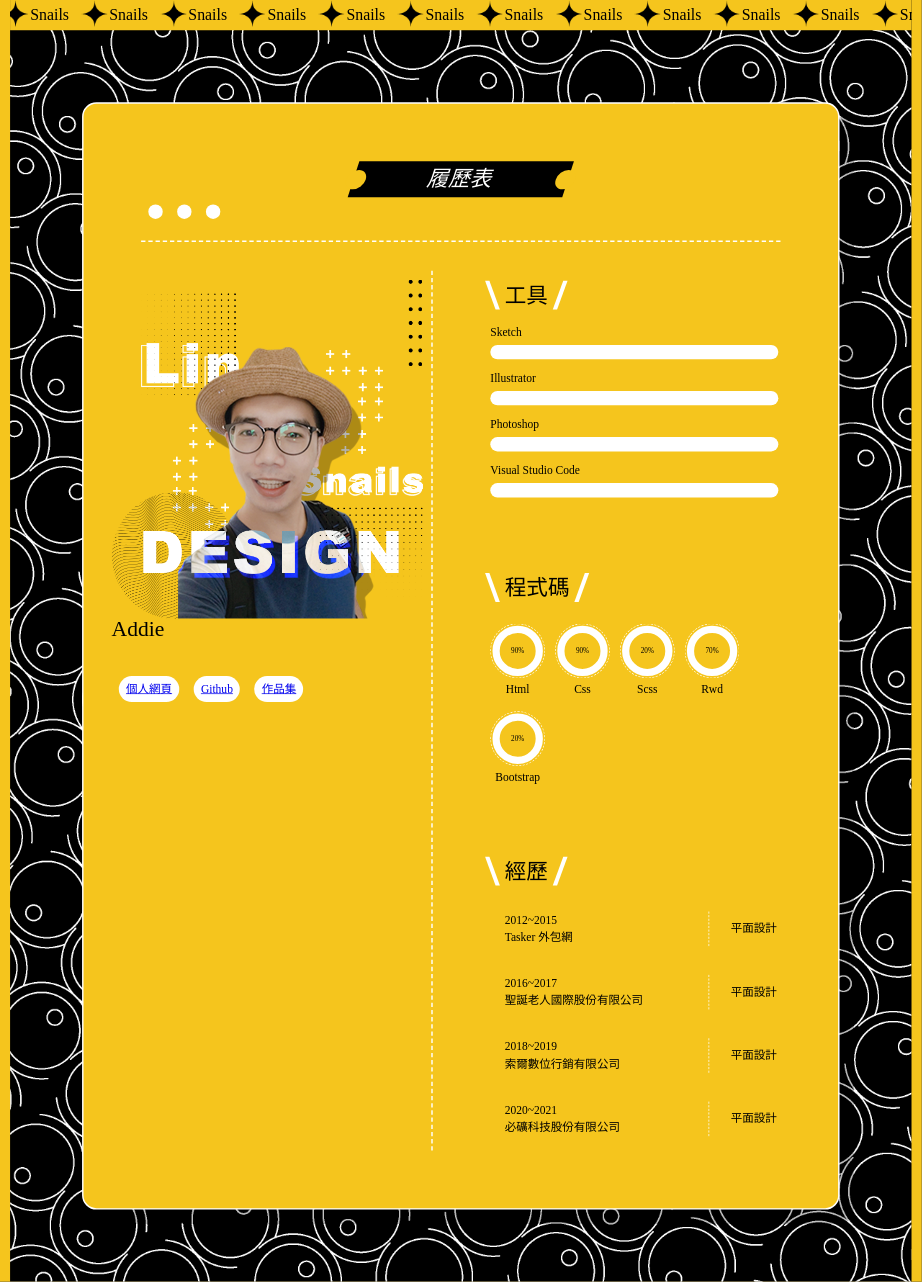
Repository: addie1988/resume
Page: index.html
The author's editor kept a copy of each file at every save. The page is drawn from the files as they stood at one save, then again after the next save.
The browser window is 1280 px wide. The pictures show the whole page, at 72% of full size.

Above is the page before, as saved 2021-11-24 11:52:00.
Not found: js/style.js

### index.html
<!DOCTYPE html>
<html lang="en">

<head>
    <meta charset="UTF-8">
    <meta http-equiv="X-UA-Compatible" content="IE=edge">
    <meta name="viewport" content="width=device-width, initial-scale=1.0">
    <title>ADDIE</title>
    <link rel="stylesheet" type="text/css" href="./css/style.css">
</head>

<body>

    <!-- personal -->
    <div class="personal">
        <!-- Carousel -->
        <div class="Carousel">
            <div class="Carousel_content" id="Carousel"></div>
        </div>
        <div class="personal_content">
            <!-- resume > 履歷 -->
            <div class="resume">
                <div class="resume_title">
                    <h1>履歷表</h1>
                </div>
                <div class="resume_content">
                    <ul>
                        <li></li>
                        <li></li>
                        <li></li>
                    </ul>
                </div>
                <!-- main -->
                <div class="main">
                    <!-- personal_information > 個人資訊 -->
                    <div class="personal_information">
                        <div class="personal_information_img"><img src="./images/Visualize1.png"></div>
                        <div class="name">
                            <h1>Addie</h1>
                        </div>
                        <!-- work -->
                        <div class="work">
                            <div class="work_contwnt">
                                <ul>
                                    <li><a href="#">個人網頁</a></li>
                                    <li><a href="#">Github</a></li>
                                    <li><a href="#">作品集</a></li>
                                </ul>
                            </div>
                        </div>
                    </div>


                    <!-- personal_experience > 個人經歷 -->
                    <div class="personal_experience">

                        <!-- Code -->
                        <div class="tool">
                            <div class="tool_content">
                                <h1>工具</h1>
                                <ul>
                                    <li>
                                        <p>Sketch</p>
                                        <span></span>
                                    </li>
                                    <li>
                                        <p>Illustrator</p>
                                        <span></span>
                                    </li>
                                    <li>
                                        <p>Photoshop</p>
                                        <span></span>
                                    </li>
                                    <li>
                                        <p>Visual Studio Code</p>
                                        <span></span>
                                    </li>
                                </ul>
                            </div>
                        </div>

                        <!-- Code -->
                        <div class="Code">
                            <div class="Code_content">
                                <h1>程式碼</h1>
                                <ul>
                                    <li>
                                        <div class="chart"><span><i>90%</i></span></div>
                                        <p>Html</p>
                                    </li>
                                    <li>
                                        <div class="chart"><span><i>90%</i></span></div>
                                        <p>Css</p>
                                    </li>
                                    <li>
                                        <div class="chart"><span><i>20%</i></span></div>
                                        <p>Scss</p>
                                    </li>
                                    <li>
                                        <div class="chart"><span><i>70%</i></span></div>
                                        <p>Rwd</p>
                                    </li>
                                    <li>
                                        <div class="chart"><span><i>20%</i></span></div>
                                        <p>Bootstrap</p>
                                    </li>
                                </ul>
                            </div>
                        </div>

                        <!-- work_experience -->
                        <div class="work_experience">
                            <div class="work_experience_content">
                                <h1>經歷</h1>
                                <ul>
                                    <li>
                                        <div class="work_experience_content_title">
                                            <p>2012~2015</p>
                                            <i>Tasker 外包網</i>
                                        </div>
                                        <span>
                                            <section>平面設計</section>
                                        </span>
                                    </li>
                                    <li>
                                        <div class="work_experience_content_title">
                                            <p>2016~2017</p>
                                            <i>聖誕老人國際股份有限公司</i>
                                        </div>
                                        <span>
                                            <section>平面設計</section>
                                        </span>
                                    </li>
                                    <li>
                                        <div class="work_experience_content_title">
                                            <p>2018~2019</p>
                                            <i>索爾數位行銷有限公司</i>
                                        </div>
                                        <span>
                                            <section>平面設計</section>
                                        </span>
                                    </li>
                                    <li>
                                        <div class="work_experience_content_title">
                                            <p>2020~2021</p>
                                            <i>必礦科技股份有限公司</i>
                                        </div>
                                        <span>
                                            <section>平面設計</section>
                                        </span>
                                    </li>
                                </ul>
                            </div>
                        </div>
                    </div>
                </div>
            </div>
        </div>
    </div>

    <!-- js -->
    <script src="./js/style.js"></script>
    <!-- jq -->
    <script src="https://cdnjs.cloudflare.com/ajax/libs/jquery/3.3.1/jquery.min.js"></script>
    <script>
        $('#Carousel').load("./Carousel.html #Carousel");
    </script>

</body>

</html>

### css/style.css
/* http://meyerweb.com/eric/tools/css/reset/
   v2.0 | 20110126
   License: none (public domain)
*/

html,
body,
div,
span,
applet,
object,
iframe,
h1,
h2,
h3,
h4,
h5,
h6,
p,
blockquote,
pre,
a,
abbr,
acronym,
address,
big,
cite,
code,
del,
dfn,
em,
img,
ins,
kbd,
q,
s,
samp,
small,
strike,
strong,
sub,
sup,
tt,
var,
b,
u,
i,
center,
dl,
dt,
dd,
ol,
ul,
li,
fieldset,
form,
label,
legend,
table,
caption,
tbody,
tfoot,
thead,
tr,
th,
td,
article,
aside,
canvas,
details,
embed,
figure,
figcaption,
footer,
header,
hgroup,
menu,
nav,
output,
ruby,
section,
summary,
time,
mark,
audio,
video {
  margin: 0;
  padding: 0;
  border: 0;
  font-size: 100%;
  font: inherit;
  vertical-align: baseline;
}
/* HTML5 display-role reset for older browsers */
article,
aside,
details,
figcaption,
figure,
footer,
header,
hgroup,
menu,
nav,
section {
  display: block;
}
body {
  line-height: 1;
}
ol,
ul {
  list-style: none;
}
blockquote,
q {
  quotes: none;
}
blockquote:before,
blockquote:after,
q:before,
q:after {
  content: "";
  content: none;
}
table {
  border-collapse: collapse;
  border-spacing: 0;
}

/* ---------------------------------------------------------------------------------------------------------------------- */

:root {
  --background-color: #f5c51d;
  --position: relative;
  --font-size: 16px;
  --padding: 100px;
  --color: white;
  --title_h1: 30px;
  --margin_Segmentation: 80px 0 0 0;
}

/* ---------------------------------------------------------------------------------------------------------------------- */

.personal {
  position: var(--position);
  background: url(../images/background.png);
  align-items: center;
  background-color: black;
  border-left: 14px solid var(--background-color);
  border-right: 14px solid var(--background-color);
}

/* Carousel */
.Carousel {
  position: var(--padding);
}

.Carousel_content {
  margin: 0 auto;
}

.Carousel_content ul {
  display: flex;
  overflow: hidden;
  background-color: var(--background-color);
  background-position: center;
}

.Carousel_content ul li {
  margin: 0 18px;
  padding: 10px;
  position: var(--position);
  font-family: serif;
  font-size: 22px;
  animation: Carousel_content_move 30s infinite;
  -webkit-animation: Carousel_content_move 30s infinite;
}

@keyframes Carousel_content_move {
    0% {
        transform: translateX(0px);
        -webkit-transform: translateX(0px);
        -moz-transform: translateX(0px);
        -ms-transform: translateX(0px);
        -o-transform: translateX(0px);
}
1000% {
    transform: translateX(3400px);
    -webkit-transform: translateX(3400px);
    -moz-transform: translateX(3400px);
    -ms-transform: translateX(3400px);
    -o-transform: translateX(3400px);
}
}

.Carousel_content ul li::before {
  content: "";
  width: 37px;
  height: 37px;
  display: inline-block;
  background: url(../images/Carousel.png);
  position: absolute;
  left: -30px;
  top: 0px;
}

.personal_content {
  width: 100%;
  height: 100%;
  display: flex;
  justify-content: center;
}

/* resume > 履歷資訊 */
.resume {
  margin: 100px;
  padding: 80px;
  max-width: 900px;
  border: 2px solid white;
  position: var(--position);
  z-index: 77777;
  box-shadow: 20px 20px 0px 0px #0000003d;
  background-color: var(--background-color);
  border-radius: 20px;
  -webkit-border-radius: 20px;
  -moz-border-radius: 20px;
  -ms-border-radius: 20px;
  -o-border-radius: 20px;
}

/* resume_title */
.resume_title {
  display: flex;
  justify-content: center;
  position: relative;
  transform: skewX(-18deg);
  -webkit-transform: skewX(-18deg);
  -moz-transform: skewX(-18deg);
  -ms-transform: skewX(-18deg);
  -o-transform: skewX(-18deg);
}

.resume_title h1 {
  font-size: 30px;
  text-align: center;
  padding: 10px 60px;
  color: white;
  background-color: black;
  width: 20%;
  display: inline-block;
  position: var(--position);
}

.resume_title h1::before {
  content: "";
  width: 27px;
  height: 27px;
  display: inline-block;
  position: absolute;
  left: -10px;
  top: 12px;
  background-color: #f5c51d;
  border-radius: 50%;
  -webkit-border-radius: 50%;
  -moz-border-radius: 50%;
  -ms-border-radius: 50%;
  -o-border-radius: 50%;
}

.resume_title h1::after {
  content: "";
  width: 27px;
  height: 27px;
  display: inline-block;
  position: absolute;
  right: -10px;
  top: 12px;
  background-color: #f5c51d;
  border-radius: 50%;
  -webkit-border-radius: 50%;
  -moz-border-radius: 50%;
  -ms-border-radius: 50%;
  -o-border-radius: 50%;
}

.resume_content {
  margin: 0 auto;
  width: 100%;
  margin: 0 0 40px 0;
}

.resume_content ul {
  display: flex;
  padding: 0 0 20px 0;
  border-bottom: 2px dashed white;
}

.resume_content ul li {
  width: 20px;
  height: 20px;
  margin: 10px;
  display: inline-block;
  background-color: white;
  border-radius: 50%;
  -webkit-border-radius: 50%;
  -moz-border-radius: 50%;
  -ms-border-radius: 50%;
  -o-border-radius: 50%;
  transition: 1s ease-out;
  -webkit-transition: 1s ease-out;
  -moz-transition: 1s ease-out;
  -ms-transition: 1s ease-out;
  -o-transition: 1s ease-out;
}

.resume_content ul li:nth-child(1):hover {
  background-color: red;
}

.resume_content ul li:nth-child(2):hover {
  background-color: yellow;
}

.resume_content ul li:nth-child(3):hover {
  background-color: green;
}

/* ---------------------------------------------------------------------------------------------------------------------- */

/* main */
.main {
  display: flex;
  justify-content: center;
}

/* personal_information > 個人資訊 */

/* personal_information */
.personal_information {
  flex: 0 0 50%;
  max-width: 50%;
  border-right: 2px solid white;
  border-style: dashed;
  margin: 0 40px;
}

.personal_information_img {
  display: flex;
  justify-content: center;
}

.personal_information_img img {
  width: 100%;
  height: 100%;
}

/* ---------------------------------------------------------------------------------------------------------------------- */

/* personal_experience > 個人經歷 */
.personal_experience {
  flex: 0 0 50%;
  max-width: 50%;
  margin: 0 40px;
}

.name h1 {
  font-size: var(--title_h1);
}

/* ---------------------------------------------------------------------------------------------------------------------- */

/* work */
.work {
  position: var(--position);
}

.work_contwnt {
  margin: 40px auto;
}

.work_contwnt ul {
  display: flex;
  flex-wrap: wrap;
}

.work_contwnt ul li {
  margin-right: 10px;
  margin: 10px;
  padding: 10px;
  color: black;
  background-color: white;
  border-radius: 20px;
  -webkit-border-radius: 20px;
  -moz-border-radius: 20px;
  -ms-border-radius: 20px;
  -o-border-radius: 20px;
}

/* ---------------------------------------------------------------------------------------------------------------------- */

/* personal_experience > 個人經歷 */

/* tool */
.tool {
  position: var(--position);
}

.tool_contwnt {
  margin: var(--margin_Segmentation);
}

.tool_content h1 {
  font-size: var(--title_h1);
  position: var(--position);
  display: inline-block;
  padding: 20px;
}

.tool_content h1::before {
  content: "";
  width: 6px;
  height: 40px;
  display: inline-block;
  position: absolute;
  top: 20%;
  left: 0;
  background-color: white;
  transform: skewX(20deg);
  -webkit-transform: skewX(20deg);
  -moz-transform: skewX(20deg);
  -ms-transform: skewX(20deg);
  -o-transform: skewX(20deg);
}

.tool_content h1::after {
  content: "";
  width: 6px;
  height: 40px;
  display: inline-block;
  position: absolute;
  top: 20%;
  right: 0;
  background-color: white;
  transform: skewX(-20deg);
  -webkit-transform: skewX(-20deg);
  -moz-transform: skewX(-20deg);
  -ms-transform: skewX(-20deg);
  -o-transform: skewX(-20deg);
}

.tool_content ul {
  margin: var(--margin_Segmentation);
  margin: 0;
}

.tool_content ul li {
  line-height: 2;
}

.tool_content ul li span {
  width: 100%;
  height: 20px;
  display: inline-block;
  position: relative;
}

.tool_content ul li span::before {
  content: "";
  width: 0;
  height: 20px;
  display: inline-block;
  position: absolute;
  z-index: 4444;
  background-color: black;
  transition: 1s ease-out;
  -webkit-transition: 1s ease-out;
  -moz-transition: 1s ease-out;
  -ms-transition: 1s ease-out;
  -o-transition: 1s ease-out;
  border-radius: 20px;
  -webkit-border-radius: 20px;
  -moz-border-radius: 20px;
  -ms-border-radius: 20px;
  -o-border-radius: 20px;
}

.tool_content ul li:hover span::before {
  width: 100%;
}

.tool_content ul li:nth-child(1):hover span::before {
  width: 35%;
}

.tool_content ul li:nth-child(2):hover span::before {
  width: 85%;
}

.tool_content ul li:nth-child(3):hover span::before {
  width: 85%;
}

.tool_content ul li:nth-child(4):hover span::before {
  width: 35%;
}

.tool_content ul li span::after {
  content: "";
  width: 90%;
  height: 20px;
  display: inline-block;
  position: absolute;
  background-color: white;
  border-radius: 20px;
  -webkit-border-radius: 20px;
  -moz-border-radius: 20px;
  -ms-border-radius: 20px;
  -o-border-radius: 20px;
}

/* ---------------------------------------------------------------------------------------------------------------------- */

/* Code */
.Code {
  position: var(--position);
}

.Code_content {
  margin: var(--margin_Segmentation);
}

.Code_content h1 {
  font-size: var(--title_h1);
  position: var(--position);
  display: inline-block;
  padding: 20px;
}

.Code_content h1::before {
  content: "";
  width: 6px;
  height: 40px;
  display: inline-block;
  position: absolute;
  top: 20%;
  left: 0;
  background-color: white;
  transform: skewX(20deg);
  -webkit-transform: skewX(20deg);
  -moz-transform: skewX(20deg);
  -ms-transform: skewX(20deg);
  -o-transform: skewX(20deg);
}

.Code_content h1::after {
  content: "";
  width: 6px;
  height: 40px;
  display: inline-block;
  position: absolute;
  top: 20%;
  right: 0;
  background-color: white;
  transform: skewX(-20deg);
  -webkit-transform: skewX(-20deg);
  -moz-transform: skewX(-20deg);
  -ms-transform: skewX(-20deg);
  -o-transform: skewX(-20deg);
}

.Code_content ul {
  margin: var(--margin_Segmentation);
  display: flex;
  flex-wrap: wrap;
  margin: 0;
}

.Code_content ul li {
  margin: 14px 14px 0 0;
  line-height: 2;
}

.Code_content ul li .chart {
  border: 1px solid white;
  padding: 2px;
  border-style: dashed;
  border-radius: 50%;
  -webkit-border-radius: 50%;
  -moz-border-radius: 50%;
  -ms-border-radius: 50%;
  -o-border-radius: 50%;
}

.Code_content ul li .chart span {
  width: 70px;
  height: 70px;
  display: flex;
  justify-content: center;
  align-items: center;
  position: relative;
}

.Code_content ul li .chart span::before {
  content: "";
  width: 50px;
  height: 50px;
  display: none;
  position: absolute;
  top: 0;
  left: 0;
  z-index: 444;
  border-top: 10px solid black;
  border-left: 10px solid black;
  border-right: 10px solid black;
  border-bottom: 10px solid #f5c51d;
  border-radius: 50%;
  -webkit-border-radius: 10px solid #f5c51d;
  -moz-border-radius: 10px solid #f5c51d;
  -ms-border-radius: 10px solid #f5c51d;
  -o-border-radius: 10px solid #f5c51d;
  animation: chart_move 2s ease-out;
  -webkit-animation: chart_move 2s ease-out;
}

.Code_content ul li:nth-child(1) .chart span::before {
  border-top: 10px solid black;
  border-left: 10px solid black;
  border-right: 10px solid black;
  border-bottom: 10px solid #f5c51d;
}

.Code_content ul li:nth-child(2) .chart span::before {
  border-top: 10px solid black;
  border-left: 10px solid black;
  border-right: 10px solid black;
  border-bottom: 10px solid #f5c51d;
}

.Code_content ul li:nth-child(3) .chart span::before {
  border-top: 10px solid black;
  border-left: 10px solid #f5c51d;
  border-right: 10px solid #f5c51d;
  border-bottom: 10px solid #f5c51d;
}

.Code_content ul li:nth-child(4) .chart span::before {
  border-top: 10px solid black;
  border-left: 10px solid black;
  border-right: 10px solid #f5c51d;
  border-bottom: 10px solid #f5c51d;
}

.Code_content ul li:nth-child(5) .chart span::before {
  border-top: 10px solid black;
  border-left: 10px solid #f5c51d;
  border-right: 10px solid #f5c51d;
  border-bottom: 10px solid #f5c51d;
}

.Code_content ul li:hover .chart span::before {
  display: block;
}

@keyframes chart_move {
  0% {
    opacity: 0;
    transform: rotate(0);
    -webkit-transform: rotate(0);
    -moz-transform: rotate(0);
    -ms-transform: rotate(0);
    -o-transform: rotate(0);
  }
  100% {
    opacity: 1;
    transform: rotate(360deg);
    -webkit-transform: rotate(360deg);
    -moz-transform: rotate(360deg);
    -ms-transform: rotate(360deg);
    -o-transform: rotate(360deg);
  }
}

.Code_content ul li .chart span::after {
  content: "";
  width: 50px;
  height: 50px;
  display: inline-block;
  position: absolute;
  top: 0;
  left: 0;
  border: 10px solid white;
  border-radius: 50%;
  -webkit-border-radius: 50%;
  -moz-border-radius: 50%;
  -ms-border-radius: 50%;
  -o-border-radius: 50%;
}

.Code_content ul li .chart span i {
  font-size: 10px;
}

.Code_content ul li p {
  text-align: center;
}

/* ---------------------------------------------------------------------------------------------------------------------- */

/* work_experience */
.work_experience {
  position: var(--position);
}

.work_experience_content {
  margin: var(--margin_Segmentation);
}

.work_experience_content h1 {
  font-size: var(--title_h1);
  position: var(--position);
  display: inline-block;
  padding: 20px;
}

.work_experience_content h1::before {
  content: "";
  width: 6px;
  height: 40px;
  display: inline-block;
  position: absolute;
  top: 20%;
  left: 0;
  background-color: white;
  transform: skewX(20deg);
  -webkit-transform: skewX(20deg);
  -moz-transform: skewX(20deg);
  -ms-transform: skewX(20deg);
  -o-transform: skewX(20deg);
}

.work_experience_content h1::after {
  content: "";
  width: 6px;
  height: 40px;
  display: inline-block;
  position: absolute;
  top: 20%;
  right: 0;
  background-color: white;
  transform: skewX(-20deg);
  -webkit-transform: skewX(-20deg);
  -moz-transform: skewX(-20deg);
  -ms-transform: skewX(-20deg);
  -o-transform: skewX(-20deg);
}

.work_experience_content ul {
  margin: var(--margin_Segmentation);
  margin: 0;
}

.work_experience_content ul li {
  line-height: 1.5;
  display: flex;
  padding: 20px;
  flex-wrap: wrap;
  overflow: hidden;
  transition: 1s ease-out;
  -webkit-transition: 1s ease-out;
  -moz-transition: 1s ease-out;
  -ms-transition: 1s ease-out;
  -o-transition: 1s ease-out;
}

.work_experience_content ul li:hover {
  border-radius: 50px;
  -webkit-border-radius: 50px;
  -moz-border-radius: 50px;
  -ms-border-radius: 50px;
  -o-border-radius: 50px;
  animation: work_experience_content_move 3s ease-out;
  -webkit-animation: work_experience_content_move 3s ease-out;
}

@keyframes work_experience_content_move {
  0% {
    background-color: #f5c51d;
  }
  25% {
    background-color: aquamarine;
  }
  50% {
    background-color: slateblue;
  }
  100% {
    background-color: black;
  }
}

.work_experience_content ul li:hover .work_experience_content_title {
  color: white;
  border-right: 1px dashed white;
}

.work_experience_content ul li:hover .work_experience_content_title p {
  color: white;
}

.work_experience_content ul li .work_experience_content_title {
  width: 70%;
  border-right: 1px solid white;
  border-style: dashed;
  color: black;
}

.work_experience_content ul li .work_experience_content_title p {
  color: black;
}

.work_experience_content ul li span {
  display: flex;
  align-items: center;
}

.work_experience_content ul li span section {
  margin-left: 30px;
}

.work_experience_content ul li:hover span section {
  color: white;
}

@media screen and (max-width: 900px) {
  .main {
    flex-wrap: wrap;
  }

  .personal_information {
    flex: 0 0 100%;
    max-width: 100%;
  }

  .personal_experience {
    flex: 0 0 100%;
    max-width: 100%;
  }
}

Loaded but not shown: Carousel.html (11 lines, source omitted)

After the next save:
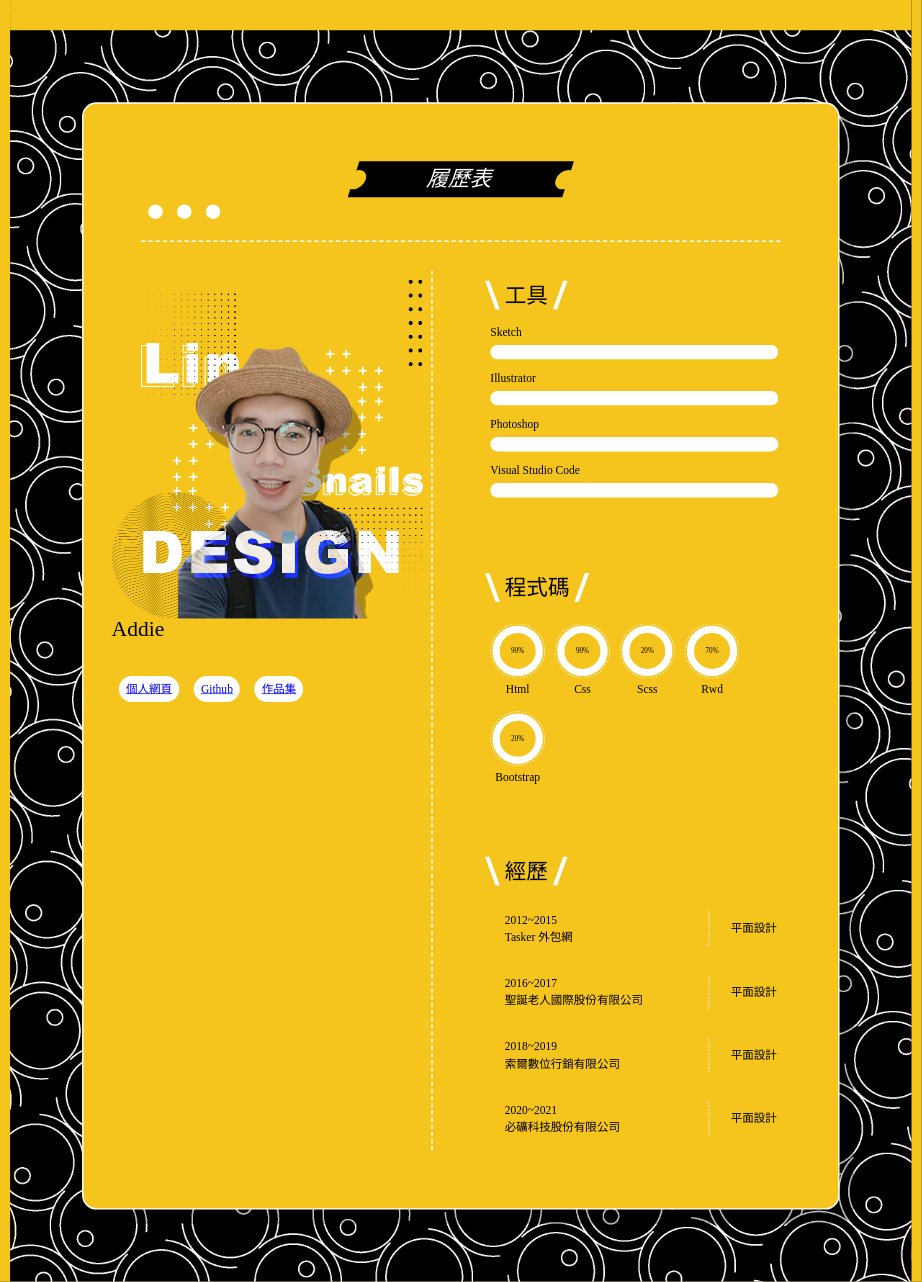
Saved 11 s later.
--- a/css/style.css
+++ b/css/style.css
@@ -179,18 +179,18 @@ table {
 
 @keyframes Carousel_content_move {
     0% {
-        transform: translateX(0px);
-        -webkit-transform: translateX(0px);
-        -moz-transform: translateX(0px);
-        -ms-transform: translateX(0px);
-        -o-transform: translateX(0px);
+        transform: translateX(3400px);
+        -webkit-transform: translateX(3400px);
+        -moz-transform: translateX(3400px);
+        -ms-transform: translateX(3400px);
+        -o-transform: translateX(3400px);
 }
 1000% {
-    transform: translateX(3400px);
-    -webkit-transform: translateX(3400px);
-    -moz-transform: translateX(3400px);
-    -ms-transform: translateX(3400px);
-    -o-transform: translateX(3400px);
+    transform: translateX(0px);
+    -webkit-transform: translateX(0px);
+    -moz-transform: translateX(0px);
+    -ms-transform: translateX(0px);
+    -o-transform: translateX(0px);
 }
 }
 
